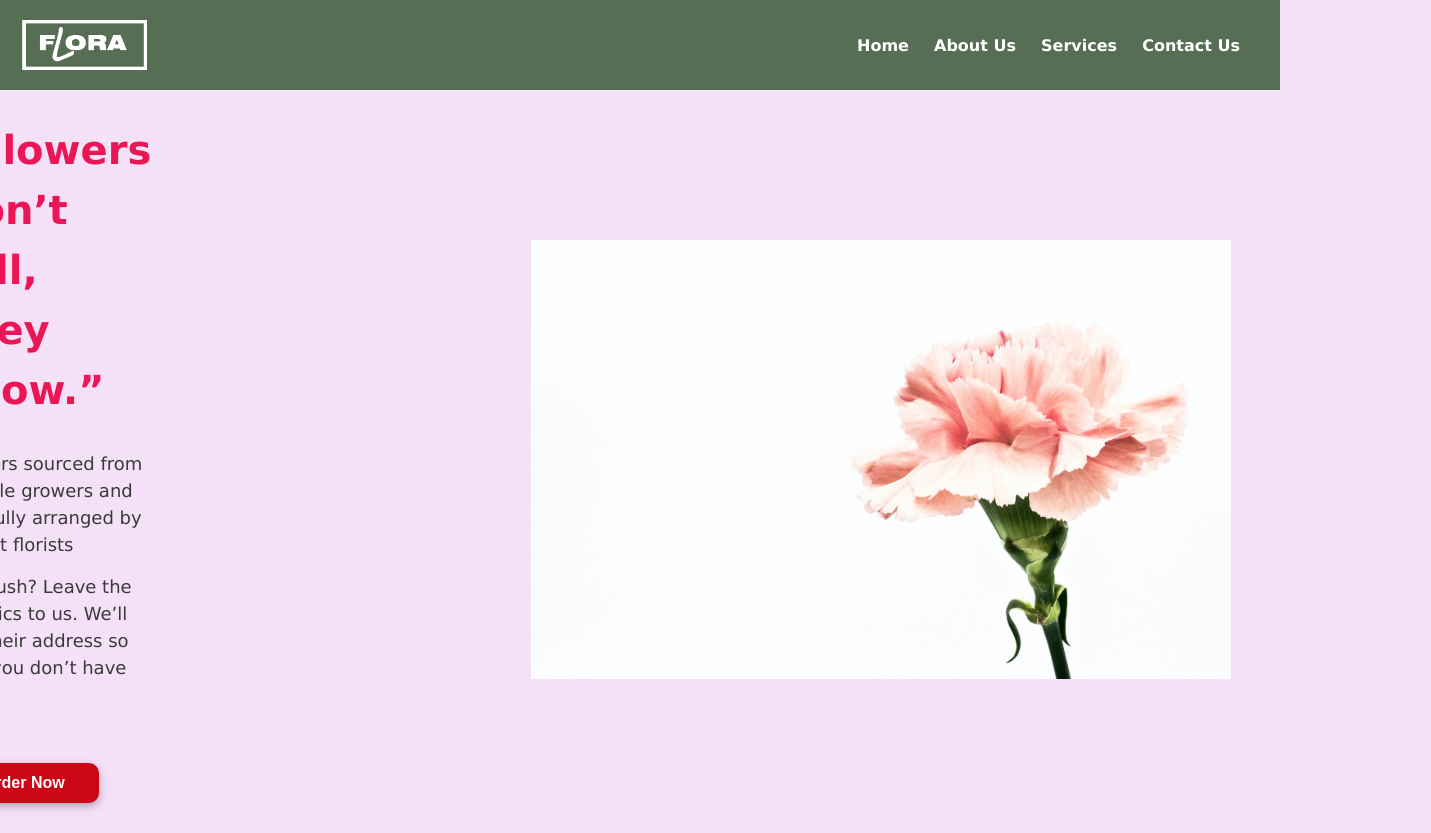
Repository: SaadYasin/test003-flex-box
Page: index.html
An editor plug-in stored every save of this project. The page is shown before and after a run of saves, followed by the edit.
The browser window is 1280 px wide. The page is 1431 px wide, so the pictures cover 1431 px, including what lies to the right of the window. The pictures show the whole page.

Above is the page before, as saved 2022-10-30 12:49:39.

After the next 2 saves:
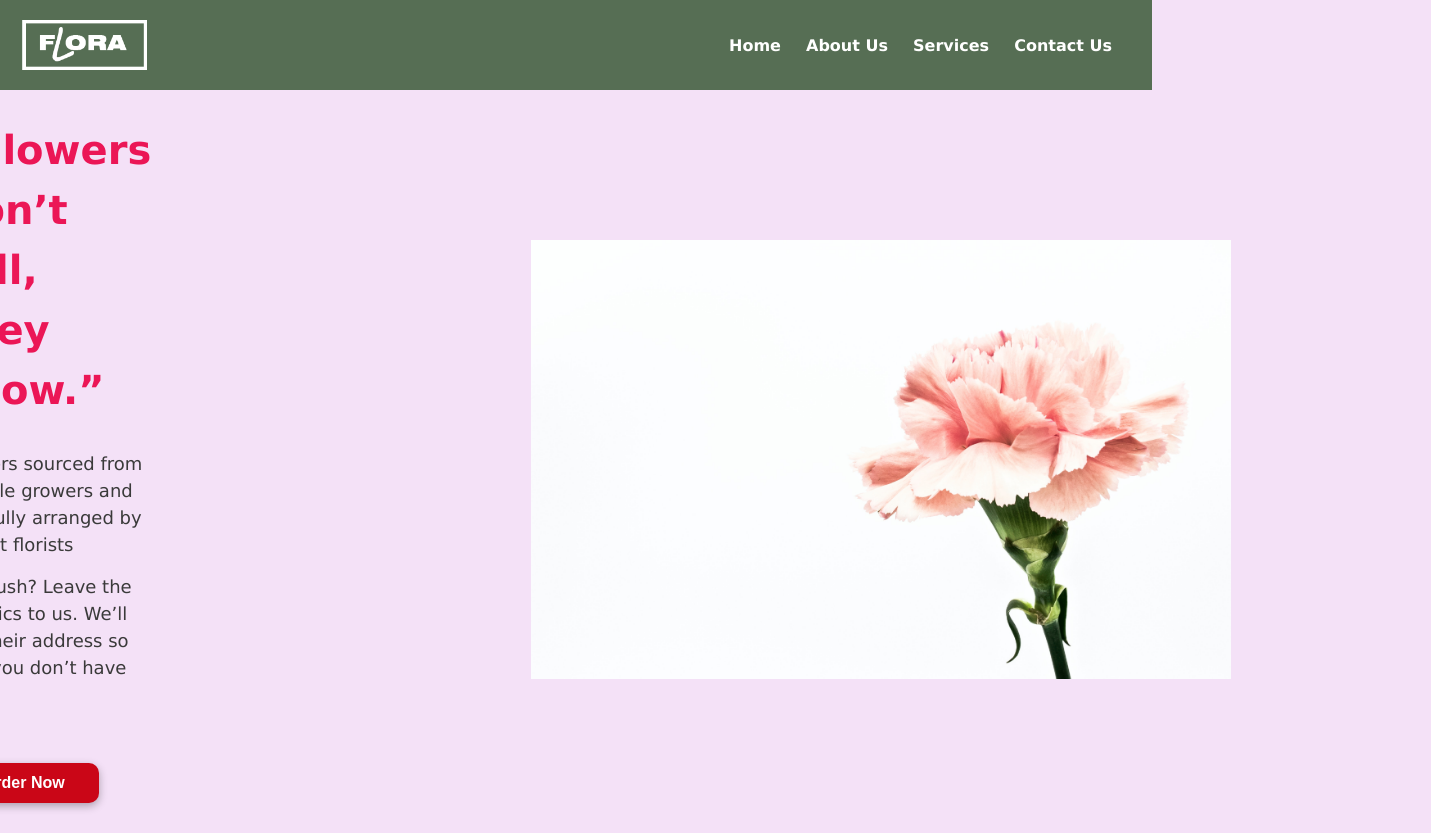
The 2 saves are shown as one change because they came seconds apart.
The last was saved 6 s later.
--- a/styles.css
+++ b/styles.css
@@ -13,7 +13,7 @@ body {
   display: flex;
   justify-content: space-between;
   align-items: center;
-  width: ;
+  width: 90%;
   background: rgb(86, 110, 84);
   height: 90px;
   padding: 20px;
